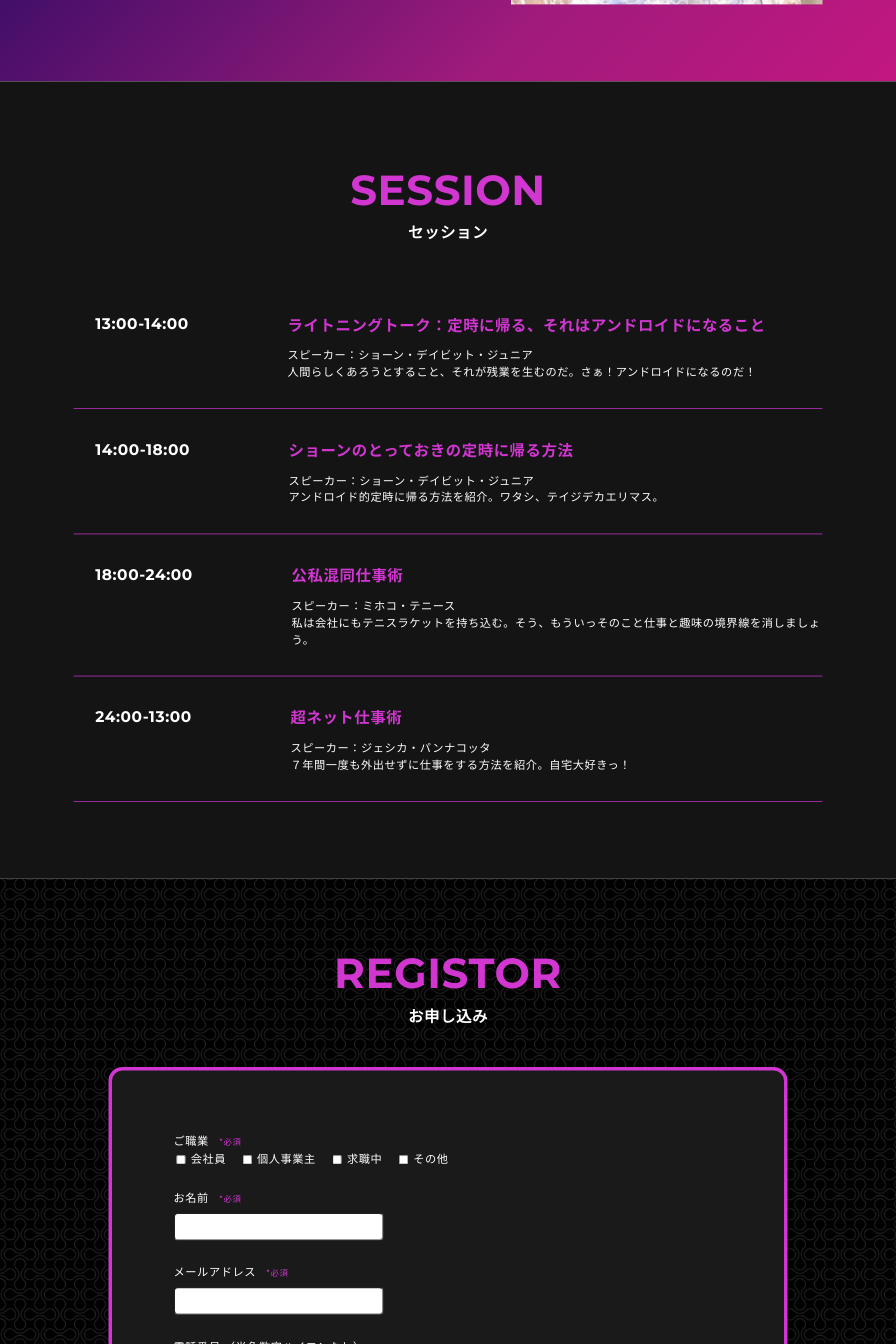
Repository: tetishi/wdc
Page: index.html
An editor plug-in stored every save of this project. The page is shown before and after a run of saves, followed by the edit.
The browser window is 1280 px wide. The pictures show the part of the page from y = 3245 to 5165 px (the page is 6123 px tall before and 6034 px after), at 70% of full size.
Some web libraries are served in a nearby version. The style sheet was rebuilt from its Sass, Less or Tailwind sources for each picture, by a compiler version that may differ from the author's.

Above is the page before, as saved 2023-07-15 18:30:47.

After the next 2 saves:
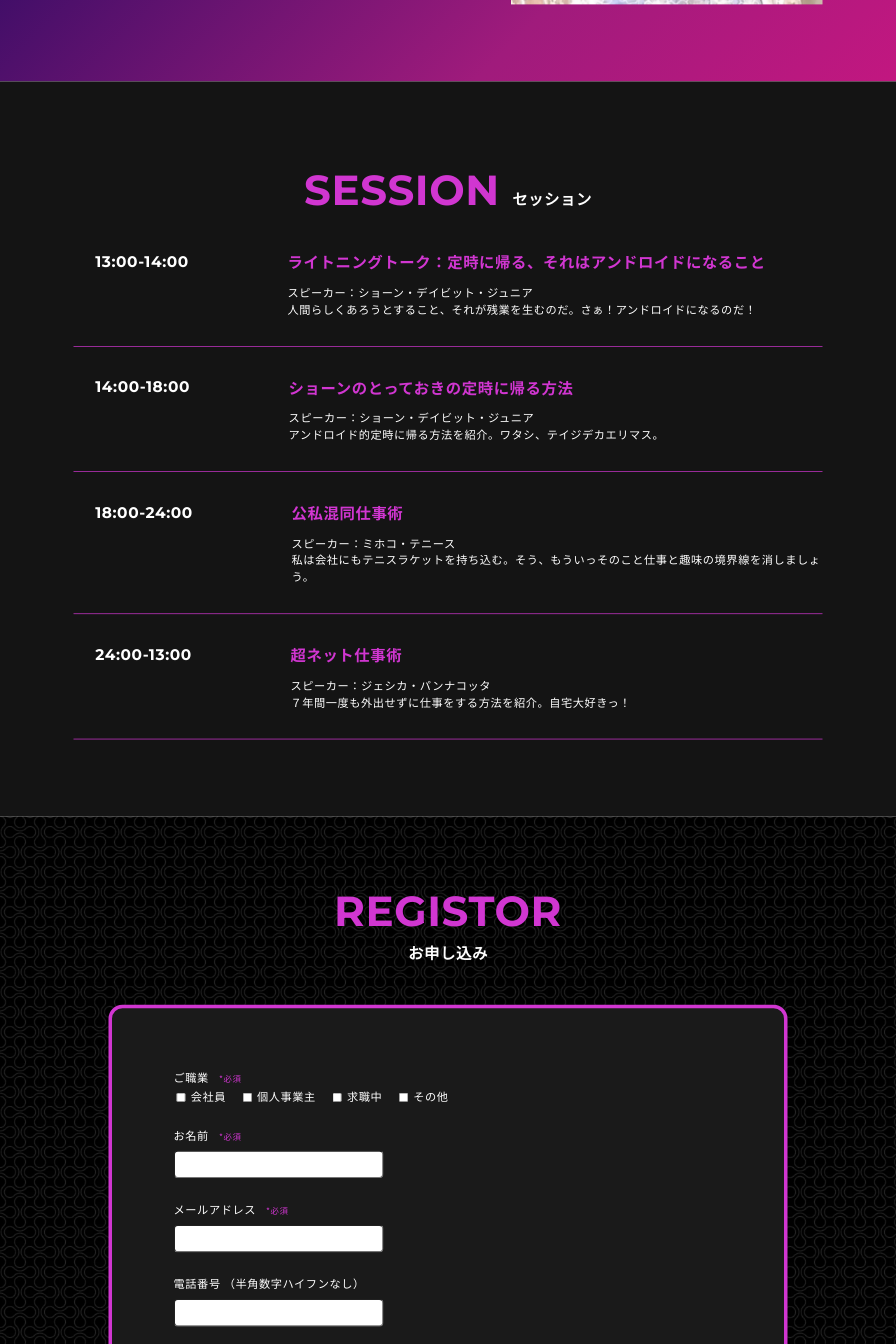
The 2 saves are shown as one change because they came seconds apart.
The last was saved 8 s later.
--- a/index.html
+++ b/index.html
@@ -177,9 +177,9 @@
             <div class="section-inner">
                 <h2 class="section-title">
                     SESSION
-                    <span class="section-under-title"></span>
+                    <span class="section-under-title">セッション</span>
                 </h2>
-                <p class="section-under-title">セッション</p>
+                <!-- <p class="section-under-title">セッション</p>   -->
                 <div class="session-container">
                     <ul class="session-list">
                         <li class="session-item">
